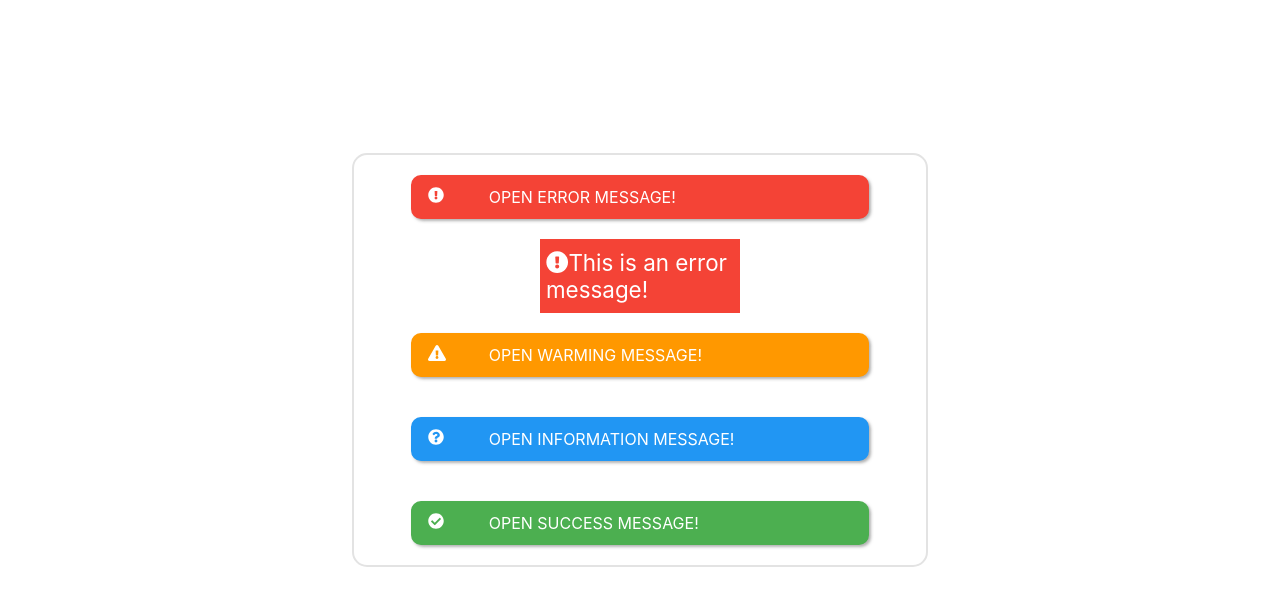
Repository: KrzysKolo/sr_tydzien5_zad2
Page: /, after clicking the first element matching `div.btn`
These files come from the project's save history. The page is drawn as it stood at one moment and after the next save; the edit follows.
The browser window is 1280 px wide. The pictures show the whole page.
The project was rebuilt for these pictures with package versions that can differ from the ones it lists, and the page was loaded fresh each time.

Above is the page before, as saved 2020-12-28 03:49:03.

### public/index.html
<!DOCTYPE html>
<html lang="en">
  <head>
    <meta charset="utf-8" />
    <link rel="icon" href="%PUBLIC_URL%/favicon.ico" />
    <meta name="viewport" content="width=device-width, initial-scale=1" />
    <meta name="theme-color" content="#000000" />
    <meta
      name="description"
      content="Web site created using create-react-app"
    />
    <link rel="apple-touch-icon" href="%PUBLIC_URL%/logo192.png" />
    <!--
      manifest.json provides metadata used when your web app is installed on a
      user's mobile device or desktop. See https://developers.google.com/web/fundamentals/web-app-manifest/
    -->
    <link rel="manifest" href="%PUBLIC_URL%/manifest.json" />
    <!--
      Notice the use of %PUBLIC_URL% in the tags above.
      It will be replaced with the URL of the `public` folder during the build.
      Only files inside the `public` folder can be referenced from the HTML.

      Unlike "/favicon.ico" or "favicon.ico", "%PUBLIC_URL%/favicon.ico" will
      work correctly both with client-side routing and a non-root public URL.
      Learn how to configure a non-root public URL by running `npm run build`.
    -->
    <title>Zad 2 - snackbar</title>
  </head>
  <body>
    <noscript>You need to enable JavaScript to run this app.</noscript>
    <div id="root"></div>
    <!--
      This HTML file is a template.
      If you open it directly in the browser, you will see an empty page.

      You can add webfonts, meta tags, or analytics to this file.
      The build step will place the bundled scripts into the <body> tag.

      To begin the development, run `npm start` or `yarn start`.
      To create a production bundle, use `npm run build` or `yarn build`.
    -->
  </body>
</html>

### src/App.js
import React from 'react';
import Buttons from './components/Buttons';
import './App.css';
const App = () => {
  return (
    <div className="wrapper--btn">
      <Buttons />
    </div>
  )
}

export default App;

### src/components/Buttons.js
import React from 'react';
import ButtonsData from './../data/ButtonsData';
import Button from './Button';


const Buttons = () => {

    return (
        <>
            {ButtonsData.map(button =>
                <Button key={button.id} data={button} />
            )}

        </>
    )
}

export default Buttons;

### src/App.css
* {
  box-sizing: border-box;
  margin: 0;
  position: relative;
}
body {
  width: 100vw;
  height: 100vh;
  display: flex;
  flex-direction: row;
  justify-content: center;
  align-items: center;
}
.wrapper--btn {
  border: 2px solid #e3e3e3;
  border-radius: 15px;
  width: 45vw;
  display: flex;
  flex-direction: column;
  justify-content: center;
  align-items: center;
}
.btn {
  border-radius: 10px;
  color: rgb(240, 239, 244);
  cursor: pointer;
  outline: none;
  padding: 10px 15px;
  margin: 20px;
  width: 80%;
  display: grid;
  grid-template-columns: 0.5fr 3fr;
  box-shadow: 2px 2px 3px rgba(102, 102, 102, 0.5);
  transition: all 0.3s ease-in-out;
}
.snackbar {
  font-size: 1.4rem;
  width: 200px;
  padding: 10px 6px;
}
.error {
  color: white;
  background: rgb(244, 67, 54);
}

.success {
  color: rgb(124, 0, 0);
  background: rgb(76, 175, 80);
}
.information {
  color: yellow;
  background: rgb(33, 150, 243);
}

.warning {
  background: rgb(255, 152, 0);
  color: black;
}
.top-right {
  position: absolute;
  top: 5px;
  right: 5px;
}

### src/data/ButtonsData.js
const ButtonsData = [
    {
      id: 0,
      name: "OPEN ERROR MESSAGE!",
      color: "rgb(244, 67, 54)",
      icon: "faExclamationCircle",
      type: "error",
      message: "This is an error message!",
    },
    {
      id: 1,
      name: "OPEN WARMING MESSAGE!",
      color: "rgb(255, 152, 0)",
      icon: "faExclamationTriangle",
      type: "warning",
      message: "This is a warning message!",
    },
    {
      id: 2,
      name: "OPEN INFORMATION MESSAGE!",
      color: "rgb(33, 150, 243)",
      icon: "faQuestionCircle",
      type: "information",
      message: "This is an information message!",
    },
    {
      id: 3,
      name: "OPEN SUCCESS MESSAGE!",
      color: "rgb(76, 175, 80)",
      icon: "faCheckCircle",
      type: "success",
      message: "This is a success message!",
    },

  ]
 export default ButtonsData;

### src/components/Button.js
import React, { useState } from 'react';
import Icons from './Icons';
import Snackbar from './Snackbar';


const Button = ({data } ) => {

    const [isHover, setIsHover] = useState(false);
    const OutStyle = {
        border: `2px solid ${data.color}`,
        background: data.color,
        color: "#fff",
      };

      const OverStyle = {
        border: `2px solid ${data.color}`,
        backgroundColor: "#fff",
        color: data.color,

      };
    const [shownSnackbar, setShownSnackbar] = useState(false);
    const handleClick = () => {

        setShownSnackbar(true);

    };
    return (
        <>

        <div className="btn"
        /* onClick={() => switchFunction(event)} */
        onClick={handleClick}
        style={isHover ? OverStyle : OutStyle}
        onMouseOver={() => setIsHover(true)}
        onMouseOut={() => setIsHover(false)}>
            <Icons icon={data.icon}/>
             {data.name}
        </div>
        {shownSnackbar && <Snackbar type={data.type} position={"top-right"} message={data.message} icon={data.icon} />}
        </>
    )
}

export default Button;

### src/components/Icons.js
import React from 'react';
import { FontAwesomeIcon } from '@fortawesome/react-fontawesome';
import { faCheckCircle, faQuestionCircle, faExclamationTriangle, faExclamationCircle } from '@fortawesome/free-solid-svg-icons';

const Icons = ({icon}) => {

        switch (icon) {
            case 'faExclamationCircle': return <FontAwesomeIcon icon={faExclamationCircle} />;
            case 'faExclamationTriangle': return <FontAwesomeIcon icon={faExclamationTriangle} />;
            case 'faQuestionCircle': return <FontAwesomeIcon icon={faQuestionCircle} />;
            case 'faCheckCircle': return <FontAwesomeIcon icon={faCheckCircle} />;
            default: return null;
            }



}

export default Icons;

### src/components/Snackbar.js
import React from 'react';
import Icons from './Icons';
const Snackbar = ({type, message, icon}) => {
    return (
        <div className={`snackbar ${type}`}>
           <Icons icon={icon} />{message}
        </div>
    )
}

export default Snackbar

Loaded but not shown: src/index.js (common file); src/index.css (common file)

After the next save:
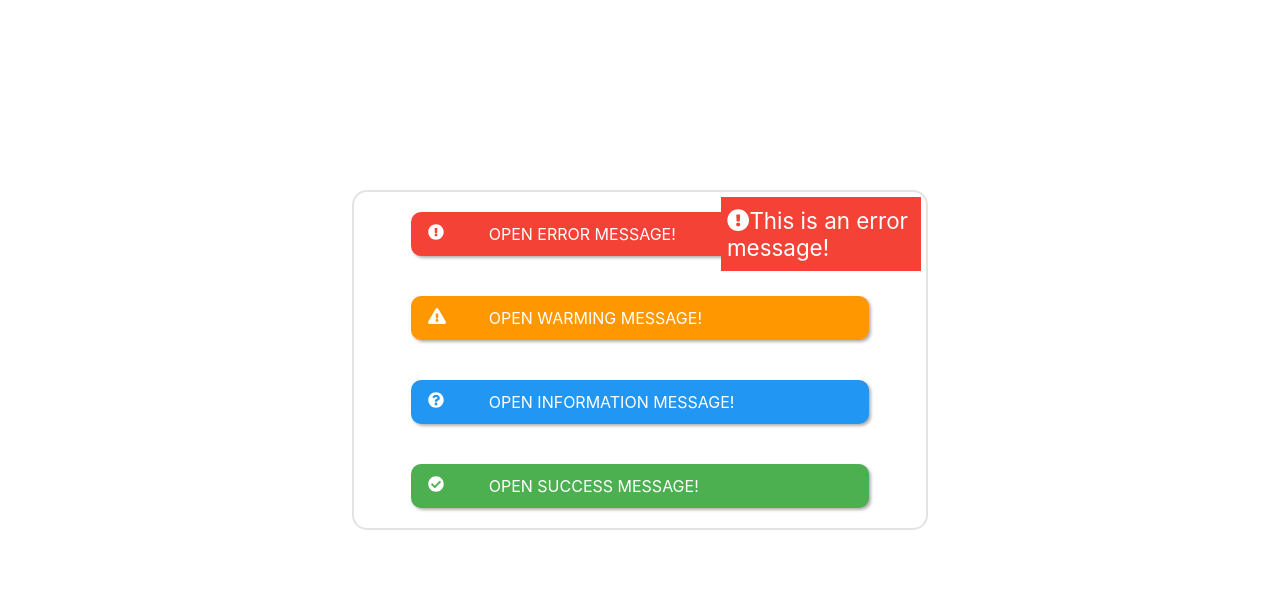
Saved 23 s later.
--- a/src/components/Snackbar.js
+++ b/src/components/Snackbar.js
@@ -1,8 +1,8 @@
 import React from 'react';
 import Icons from './Icons';
-const Snackbar = ({type, message, icon}) => {
+const Snackbar = ({type, message, icon, position}) => {
     return (
-        <div className={`snackbar ${type}`}>
+        <div className={`snackbar ${type} ${position}`}>
            <Icons icon={icon} />{message}
         </div>
     )

After the save that followed:
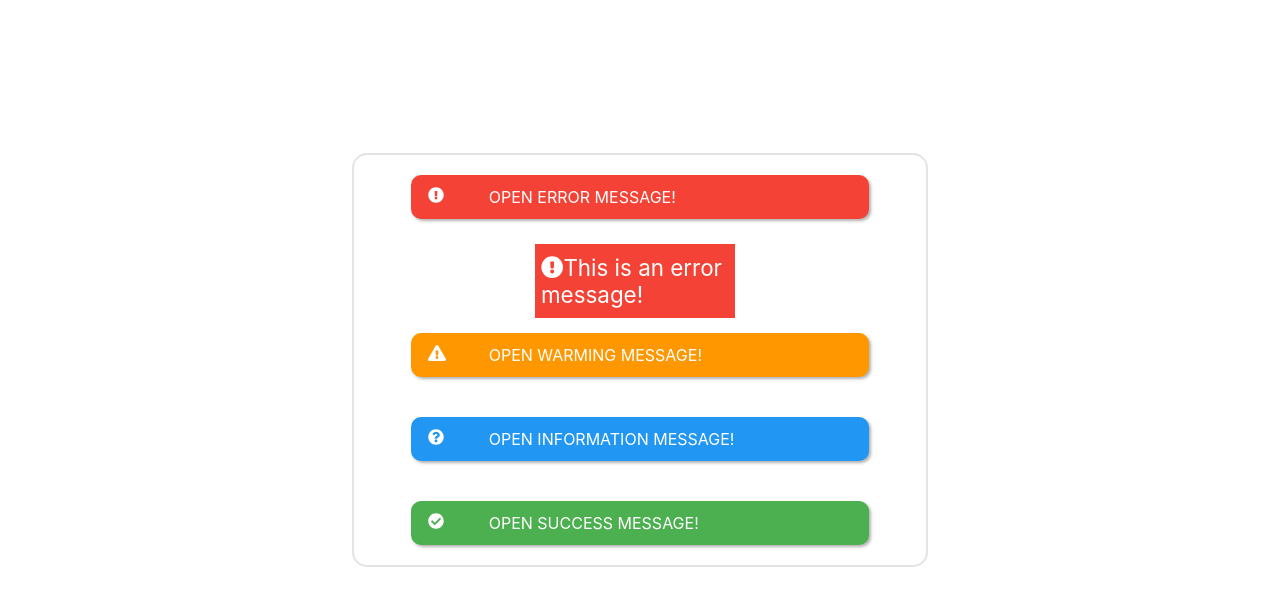
Saved 63 s later.
--- a/src/App.css
+++ b/src/App.css
@@ -57,7 +57,6 @@ body {
   color: black;
 }
 .top-right {
-  position: absolute;
   top: 5px;
   right: 5px;
 }
